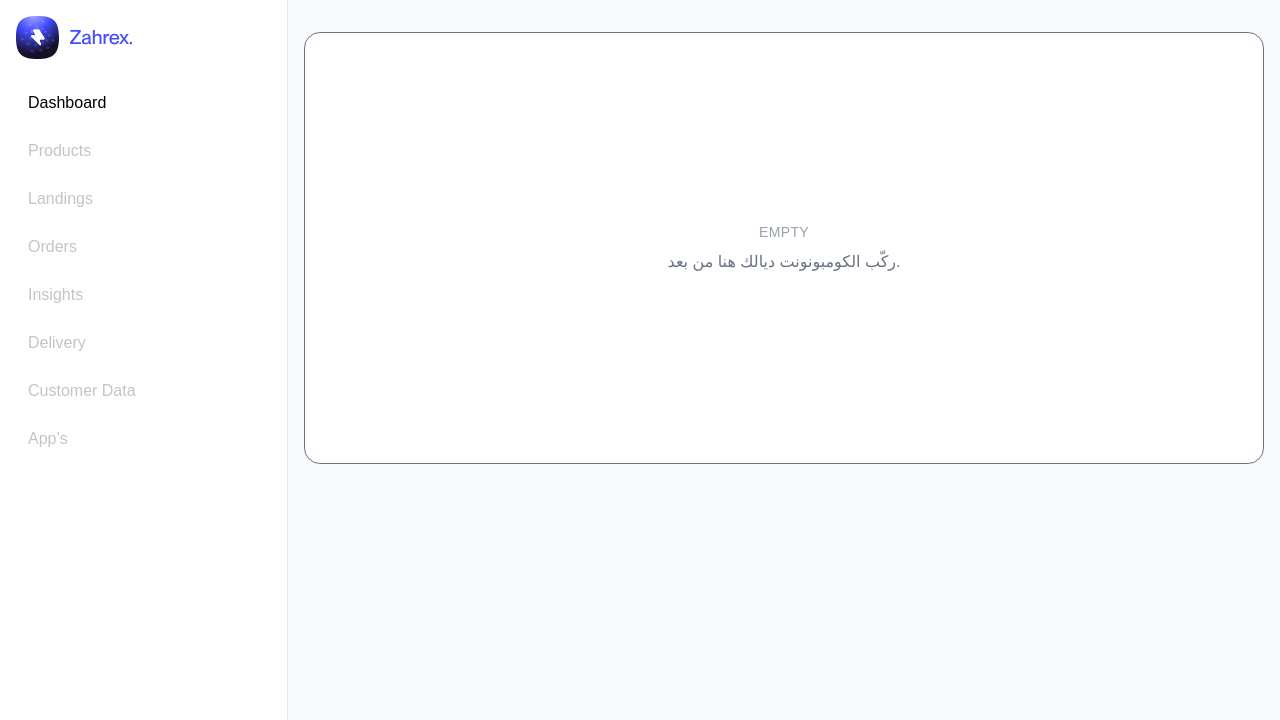
Repository: asba38295-web/zahrex-app
Page: /dashboard
The author's editor kept a copy of each file at every save. The page is drawn from the files as they stood at one save, then again after the next save.
The browser window is 1280 px wide. The pictures show the whole page.
The project was rebuilt for these pictures with package versions that can differ from the ones it lists, and the page was loaded fresh each time. The framework's server and built-in components were replaced by stand-ins that run in the browser. Also part of the build but not shown: next.config.mjs.

Above is the page before, as saved 2025-11-28 03:19:06.

After the next save:
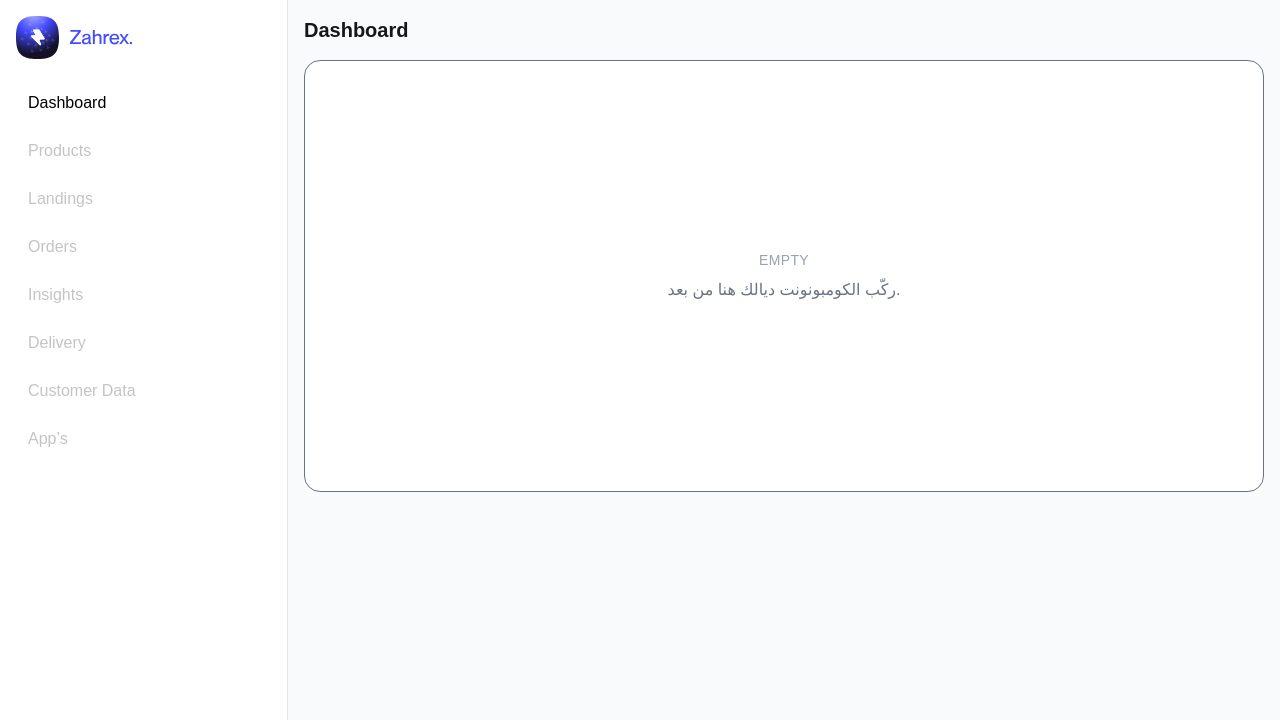
Saved 42 s later.
--- a/src/app/dashboard/page.jsx
+++ b/src/app/dashboard/page.jsx
@@ -89,6 +89,7 @@ export default function DashboardShell() {
 
 function titleForTab(key) {
   switch (key) {
+    case "dashboard": return "Dashboard";
     case "orders": return "Orders22";
     case "services": return "Services";
     case "closed": return "Closed";
